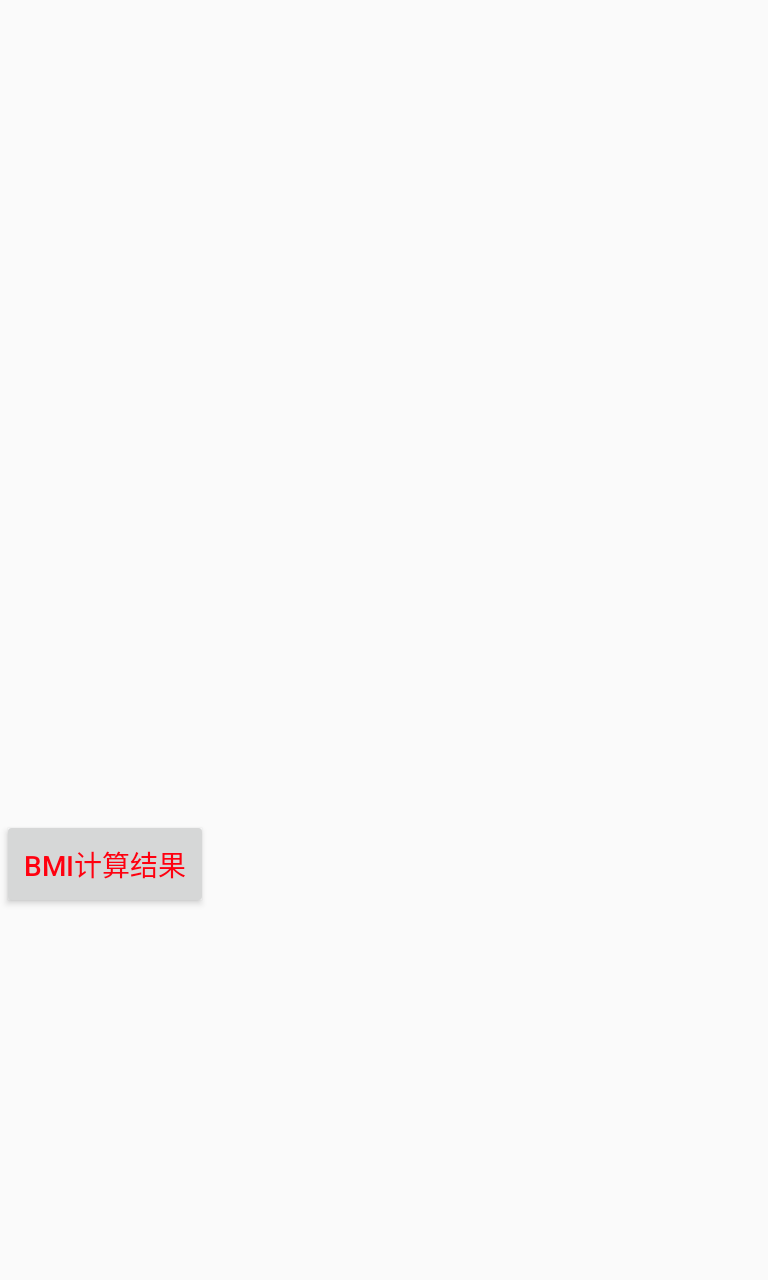
Repository: A207/guanjingjing
Layout: day4/nana/res/layout/activity_main.xml
These files come from the project's save history. The layout is drawn as it stood at one moment and after the next save; the edit follows.
It is drawn on a 768 x 1280 px phone screen (xhdpi) without system bars, with theme AppTheme; the app's code is not run.

Above is the layout before, as saved 2015-07-13 05:29:01.

After the next save:
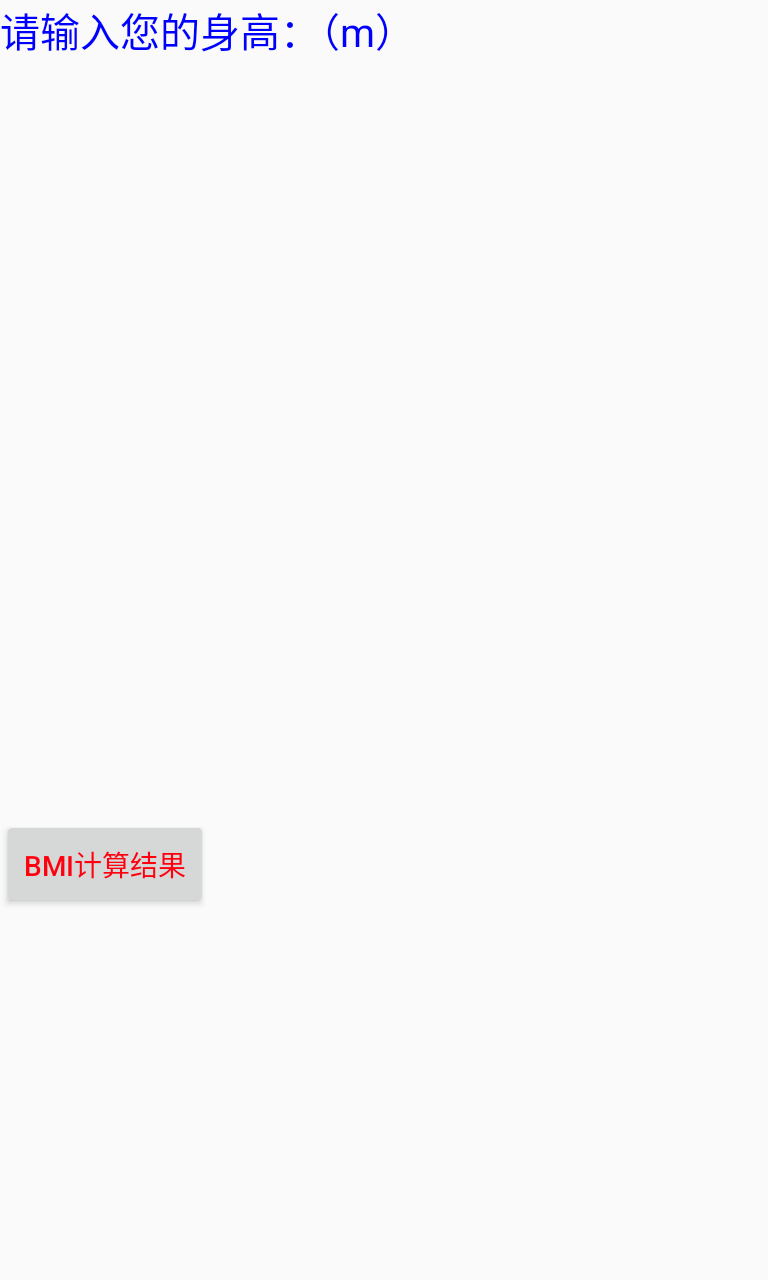
Saved 18 s later.
--- a/day4/nana/res/layout/activity_main.xml
+++ b/day4/nana/res/layout/activity_main.xml
@@ -12,7 +12,7 @@
         android:layout_width="wrap_content"
         android:layout_height="wrap_content"
         android:text="请输入您的身高：（m）"
-        android:textColor="#0000F"
+        android:textColor="#0000FF"
         android:textSize="20dp"
         android:id="@+id/height"
         />
